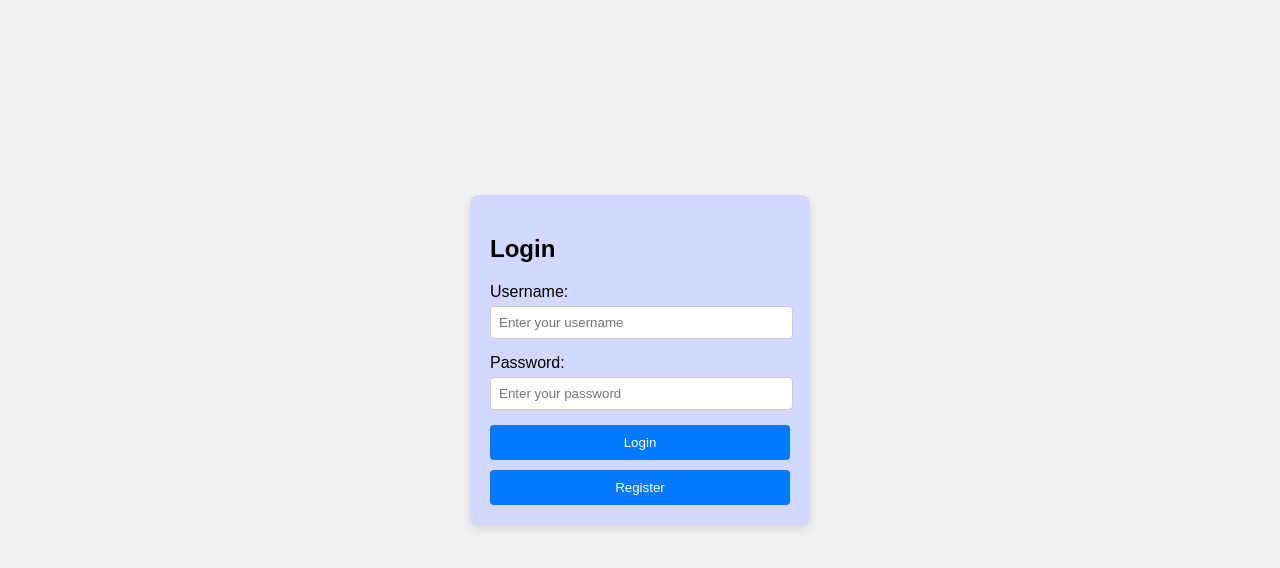
Repository: BAANANAAAA/DatabaseProject
Page: /
These files come from the project's save history. The page is drawn as it stood at one moment and after the next save; the edit follows.
The browser window is 1280 px wide. The pictures show the whole page.
The project was rebuilt for these pictures with package versions that can differ from the ones it lists, and the page was loaded fresh each time. Also part of the build but not shown: src/components/MainFrame.css, src/components/MainFrame.jsx, src/components/UserProfile.jsx, src/components/ViewMessage.css, src/components/ViewMessage.jsx, src/components/SearchPage.jsx, src/components/Search.css, src/components/Search.jsx and 2 more.

Above is the page before, as saved 2024-05-13 10:24:39.

After the next save:
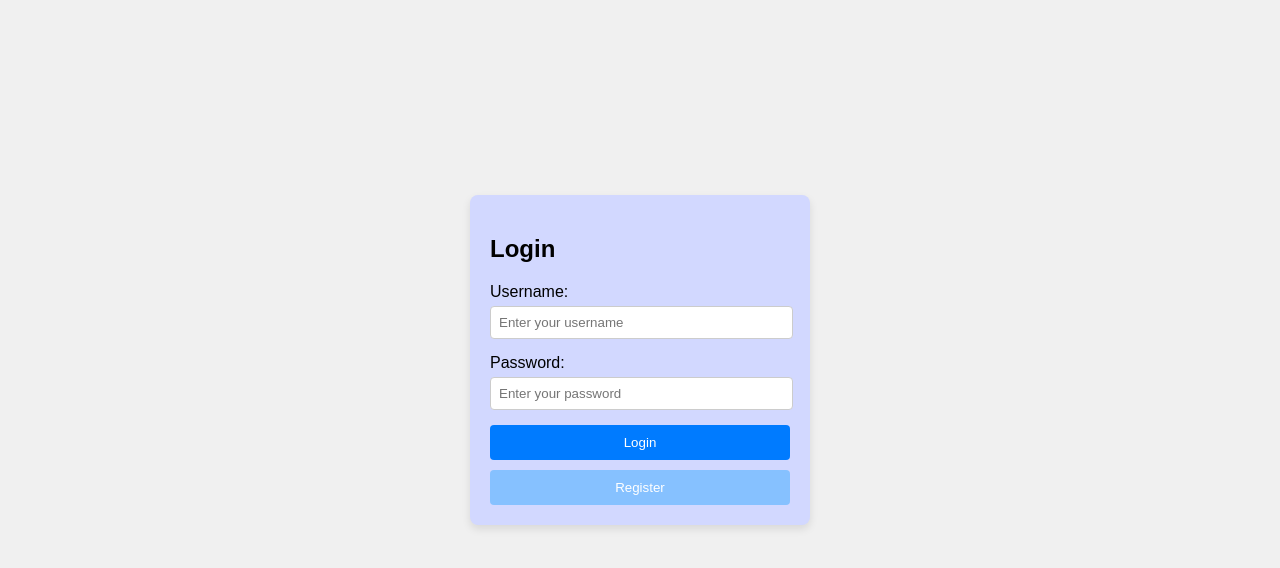
Saved 15 s later.
--- a/src/components/Login.css
+++ b/src/components/Login.css
@@ -73,7 +73,7 @@
   width: 100%;
   padding: 10px;
   margin-top: 10px;
-  background-color: #007bff;
+  background-color: #86c1ff;
   color: white;
   border: none;
   border-radius: 4px;
